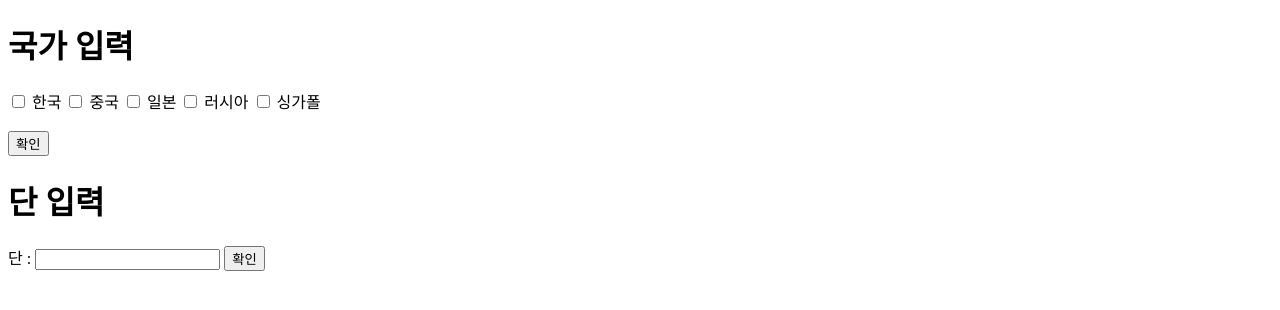
Repository: Jh1227/JSP
Page: http://localhost/13_JSTL/ex06_form.jsp
These files come from the project's save history. The page is drawn as it stood at one moment and after the next save; the edit follows.
The browser window is 1280 px wide. The pictures show the whole page.
The page is served by Tomcat 9. Other server files are loaded and not shown.

Above is the page before, as saved 2023-04-11 03:07:32.

### 13_JSTL/src/main/webapp/ex06_form.jsp

<!-- ex06_form.jsp -->

<%@ page language="java" contentType="text/html; charset=UTF-8"
    pageEncoding="UTF-8"%>
<!DOCTYPE html>
<html>
<head>
<meta charset="UTF-8">
<title>ex06_form.jsp</title>
<!--
	# 체크된 항목의 국가를 'ex06_forEach.jsp' 에서 출력하세요
	  - 전체 항목수는 5개 이상

	# 출력한 단 값을 입력받고, 해당 단의 값을 'ex06_forEach.jsp' 에서 출력하세요
-->
</head>
<body>
	<h1>국가 입력</h1>
	<form action="ex06_forEach.jsp" method ="get">
		<input type ="checkbox" name ="country" value ="한국"> 한국
		<input type ="checkbox" name ="country" value ="중국"> 중국
		<input type ="checkbox" name ="country" value ="일본"> 일본
		<input type ="checkbox" name ="country" value ="러시아"> 러시아
		<input type ="checkbox" name ="country" value ="싱가폴"> 싱가폴
		<br><br>
		<input type ="submit" value ="확인">
	</form>

	<h1>단 입력</h1>
	<form action="ex06_forEach.jsp" method ="get">
		단 : <input type ="text" name ="dan">
		<input type ="submit" value ="확인">
	</form>
</body>
</html>

After the next save:
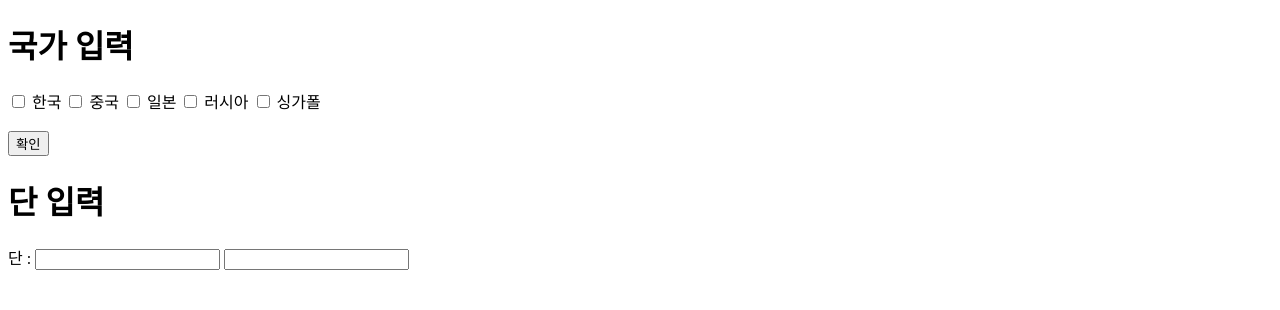
Saved 17 s later.
--- a/13_JSTL/src/main/webapp/ex06_form.jsp
+++ b/13_JSTL/src/main/webapp/ex06_form.jsp
@@ -30,7 +30,7 @@
 	<h1>단 입력</h1>
 	<form action="ex06_forEach.jsp" method ="get">
 		단 : <input type ="text" name ="dan">
-		<input type ="submit" value ="확인">
+		<input type ="number" value ="확인">
 	</form>
 </body>
 </html>

After the save that followed:
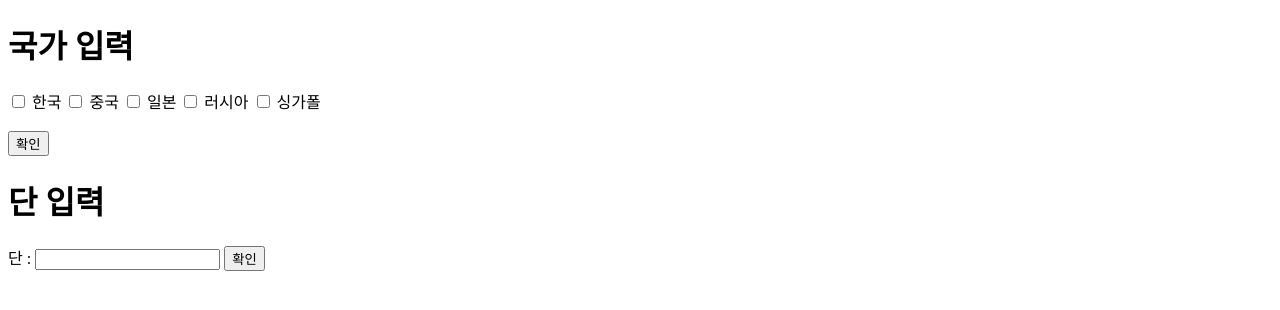
Saved 15 s later.
--- a/13_JSTL/src/main/webapp/ex06_form.jsp
+++ b/13_JSTL/src/main/webapp/ex06_form.jsp
@@ -29,8 +29,8 @@
 
 	<h1>단 입력</h1>
 	<form action="ex06_forEach.jsp" method ="get">
-		단 : <input type ="text" name ="dan">
-		<input type ="number" value ="확인">
+		단 : <input type ="number" name ="dan">
+		<input type ="submit" value ="확인">
 	</form>
 </body>
 </html>
